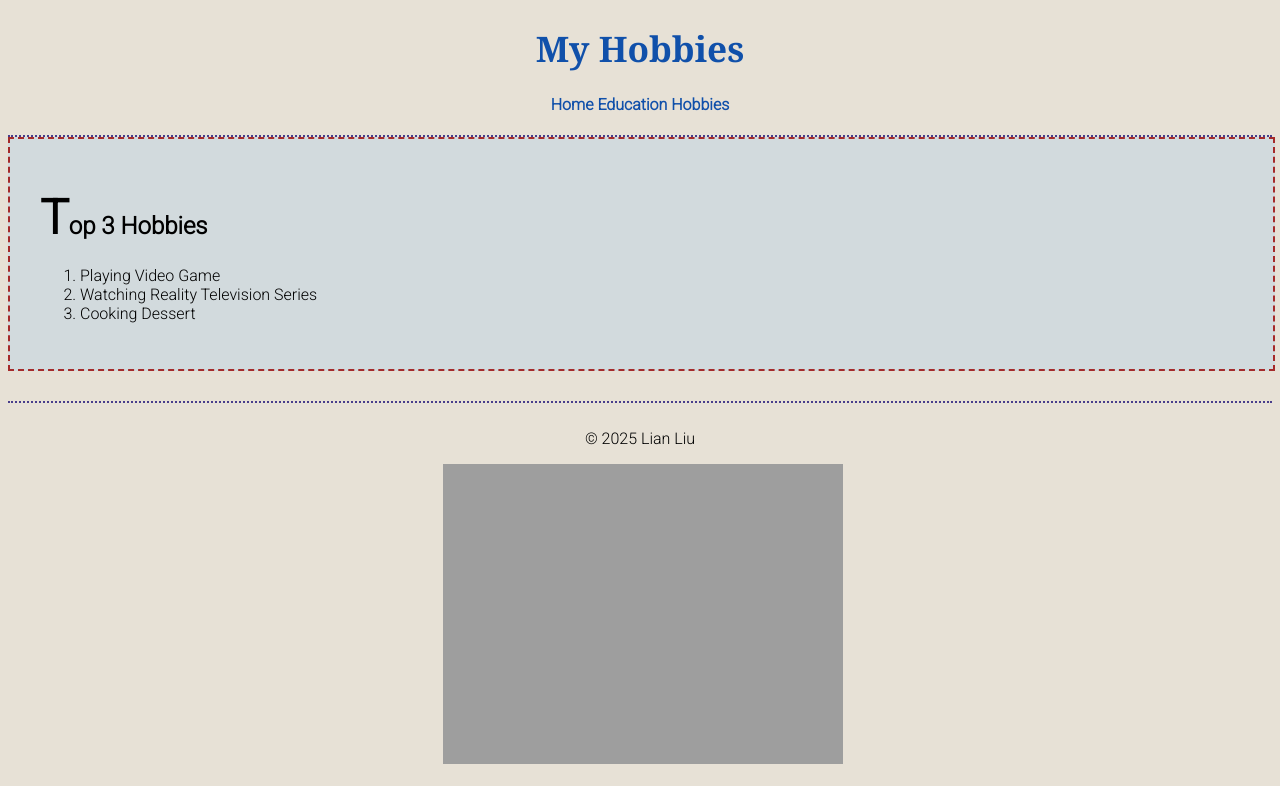
Repository: liulian26/CS5610
Page: assignment-1-liulian26/pages/hobbies.html
These files come from the project's save history. The page is drawn as it stood at one moment and after the next save; the edit follows.
The browser window is 1280 px wide. The pictures show the whole page.
Pictures or frames that could not be fetched are drawn as grey boxes.

Above is the page before, as saved 2025-02-01 00:43:36.

After the next save:
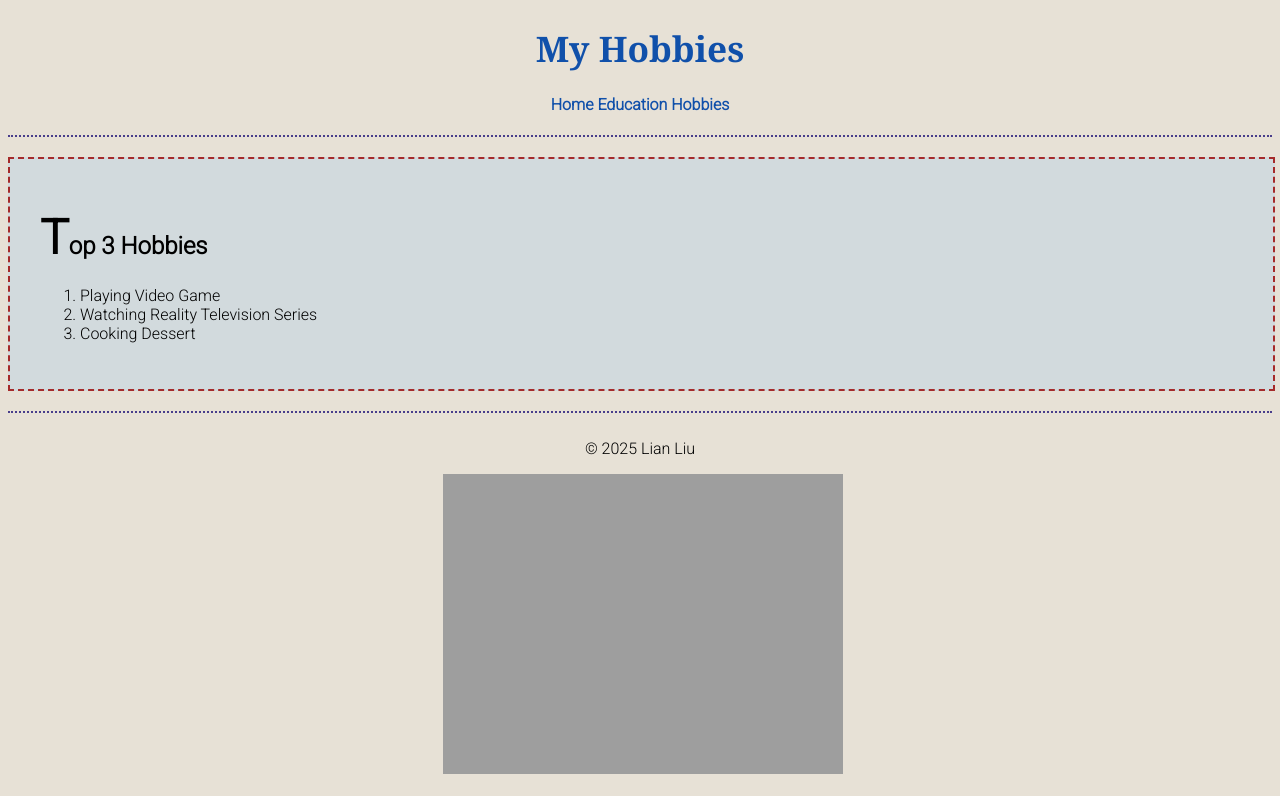
Saved 24 s later.
--- a/assignment-1-liulian26/css/styles.css
+++ b/assignment-1-liulian26/css/styles.css
@@ -49,6 +49,7 @@ section {
     margin-bottom: 30px;
     background-color: rgba(126, 191, 251, 0.2);
     width: 119%;
+    margin: 20px auto;
 }
 
 body {
